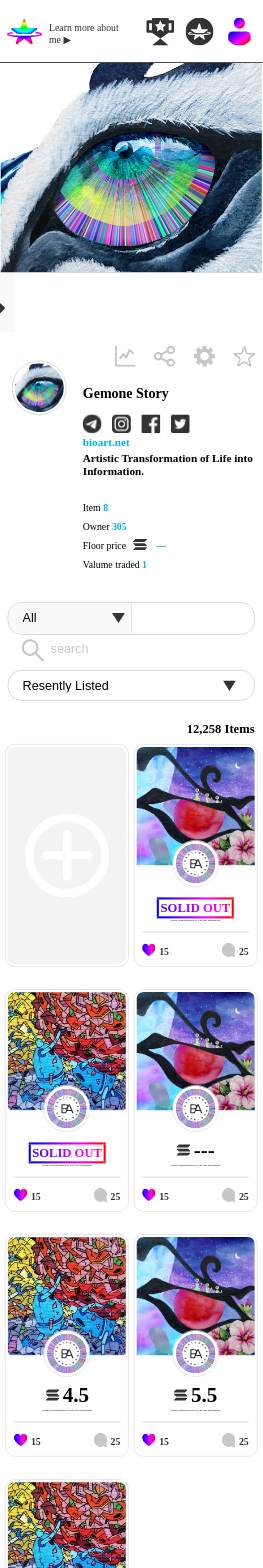
Repository: superHotBob/bioart
Page: /myplanets
These files come from the project's save history. The page is drawn as it stood at one moment and after the next save; the edit follows.
The browser window is 375 px wide. The pictures show the part of the page from y = 0 to 2240 px (the page is 2756 px tall), at 70% of full size.
Some web fonts or font styles are not loaded; a fallback is used. The project was rebuilt for these pictures with package versions that can differ from the ones it lists, and the page was loaded fresh each time. Some packages were replaced by stand-ins written for this rebuild. The framework's server and built-in components were replaced by stand-ins that run in the browser. Also part of the build but not shown: next.config.js.

Above is the page before, as saved 2022-04-05 15:26:26.

After the next save:
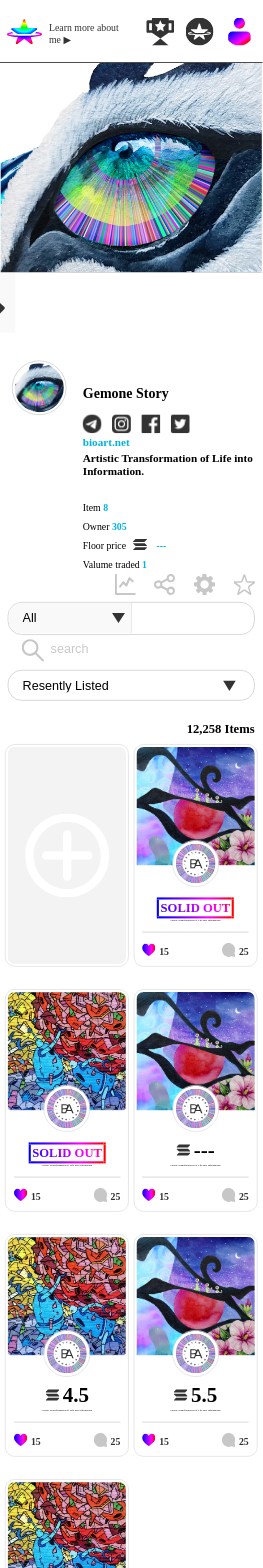
Saved 2 min 26 s later.
--- a/pages/myplanets.js
+++ b/pages/myplanets.js
@@ -805,8 +805,8 @@ export default function Explore() {
             width: 200px;
             height: 40px;
             position: absolute;
-            right: 0%;
-            top: 0;
+            right: 0;
+
             display: flex;
             justify-content: space-between;
           }
@@ -947,6 +947,7 @@ export default function Explore() {
             .items__icons {
               margin: 15px 0;
               background-color: #fff;
+              z-index: 10;
             }
           }
         `}
